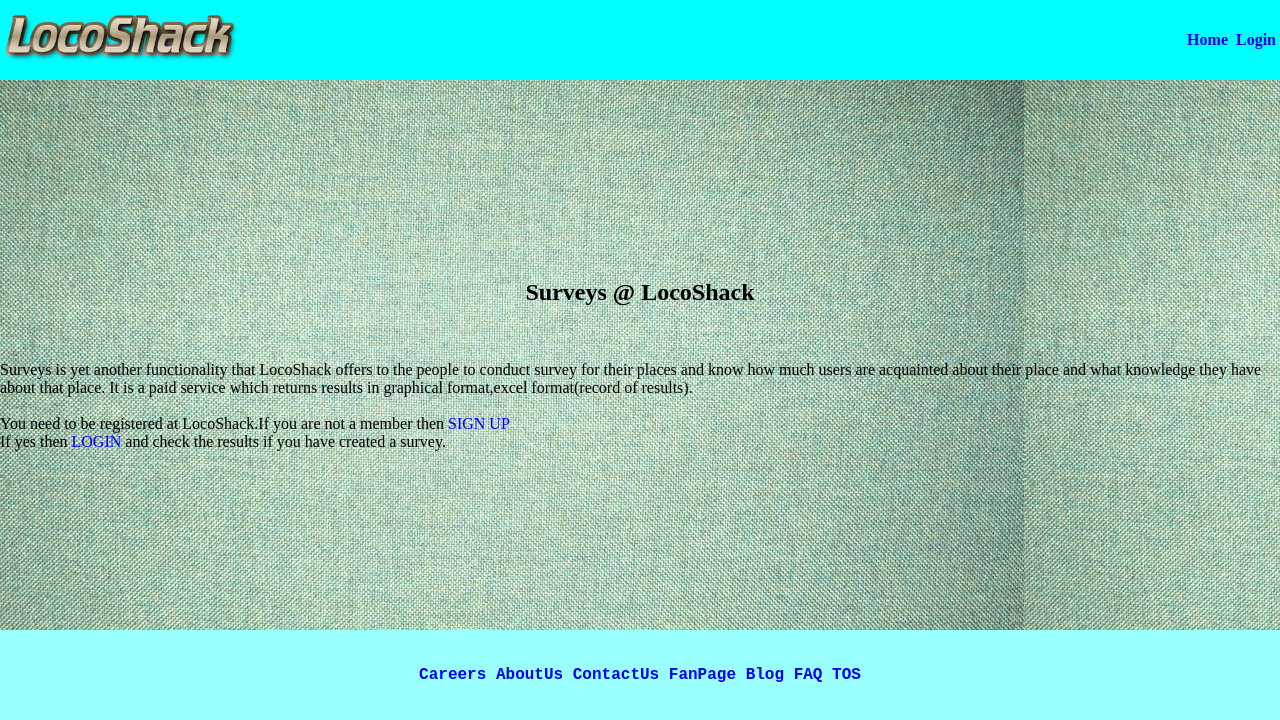
Repository: nicks707/LocoShack_TGMC-project
Page: http://localhost/ram/surveys.jsp
The author's editor kept a copy of each file at every save. The page is drawn from the files as they stood at one save, then again after the next save.
The browser window is 1280 px wide. The pictures show the whole page.
The page is served by Tomcat 9. Other server files are loaded and not shown.

Above is the page before, as saved 2012-03-20 02:53:58.

### ram/WebContent/surveys.jsp
<%@ page language="java" contentType="text/html; charset=ISO-8859-1"
    pageEncoding="ISO-8859-1"%>
<!DOCTYPE html PUBLIC "-//W3C//DTD HTML 4.01 Transitional//EN" "http://www.w3.org/TR/html4/loose.dtd">
<html>
<head>
<meta http-equiv="Content-Type" content="text/html; charset=ISO-8859-1">
<title>LocoSchack-Surveys!</title>
<style>
html, body,table
{
  height: 100%;
}
</style>
</head>
<body>
<table width="100%" cellpadding="0px" cellspacing="0px">
<tr height="80px"><td><jsp:include page="header.jsp" ></jsp:include></td></tr>

<tr height="100%" style=" background-image:url(images/Green-cloth-texture.jpg)"><td>
<b><center><h2>Surveys @ LocoShack</h2></center></b><br/><br/>
Surveys is  yet another functionality that LocoShack offers to the people to conduct survey for their places and know how much users are acquainted about their place and what knowledge they have about that place.
It is a paid service which returns results in graphical format,excel format(record of results).<br/><br/>
You need to be registered at LocoShack.If you are not a member then <a href="signup.jsp">SIGN UP</a><br/>
If yes then <a href="login.jsp">LOGIN</a> and check the results if you have created a survey.




</td></tr>
<tr height="50px"><td><jsp:include page="footer.jsp"></jsp:include></td></tr>
</table>

</body>
</html>

### ram/WebContent/header.jsp
<%@ page language="java" contentType="text/html; charset=ISO-8859-1"
    pageEncoding="ISO-8859-1"%>
<!DOCTYPE html PUBLIC "-//W3C//DTD HTML 4.01 Transitional//EN" "http://www.w3.org/TR/html4/loose.dtd">
<html>
<head>
<meta http-equiv="Content-Type" content="text/html; charset=ISO-8859-1">
<title>Insert title here</title>
<style>
a{text-decoration: none;}
</style>
</head>
<body style="margin-top:0px;margin-left:0px;margin-right:0px">



<table bgcolor="#00FFFF" width="100%" cellpadding="0" cellspacing="0">
<tr height="80px"><td>&nbsp;<a href="main.jsp"><img src="images/logo.png" border="0px" height="50px"></img></a></td><td>&nbsp;</td><td align="right"><b><a href="main.jsp">Home</a> <a href="login.jsp">&nbsp;Login&nbsp;</a><b></b></td></tr>
</table>


</body>

</body>
</html>

### ram/WebContent/footer.jsp
<%@ page language="java" contentType="text/html; charset=ISO-8859-1"
    pageEncoding="ISO-8859-1"%>
<!DOCTYPE html PUBLIC "-//W3C//DTD HTML 4.01 Transitional//EN" "http://www.w3.org/TR/html4/loose.dtd">
<html>
<head>
<meta http-equiv="Content-Type" content="text/html; charset=ISO-8859-1">
<title>Insert title here</title>
</head>
<style>
a{text-decoration:none;}
</style>
<body style="margin-top:0px;margin-left:0px;margin-right:0px;">
<table width=100% border="0px" cellpadding="0px" cellspacing="0px">
<tr    bgcolor="#99FFFF" style="height:90px;">
<td  colspan="3" width="100%"  align="center"> <font color="#330099" face="Courier New, Courier, monospace"><b><a href="careers.jsp">Careers</a> <a href="abtus.jsp">AboutUs</a> <a href="contact.jsp">ContactUs</a> <a href="http://www.facebook.com">FanPage</a> <a href="blog.jsp">Blog</a> <a href="faq.jsp">FAQ</a> <a href="tos.jsp">TOS</a></b></font></td>
</tr>


</table>

</body>
</html>

After the next save:
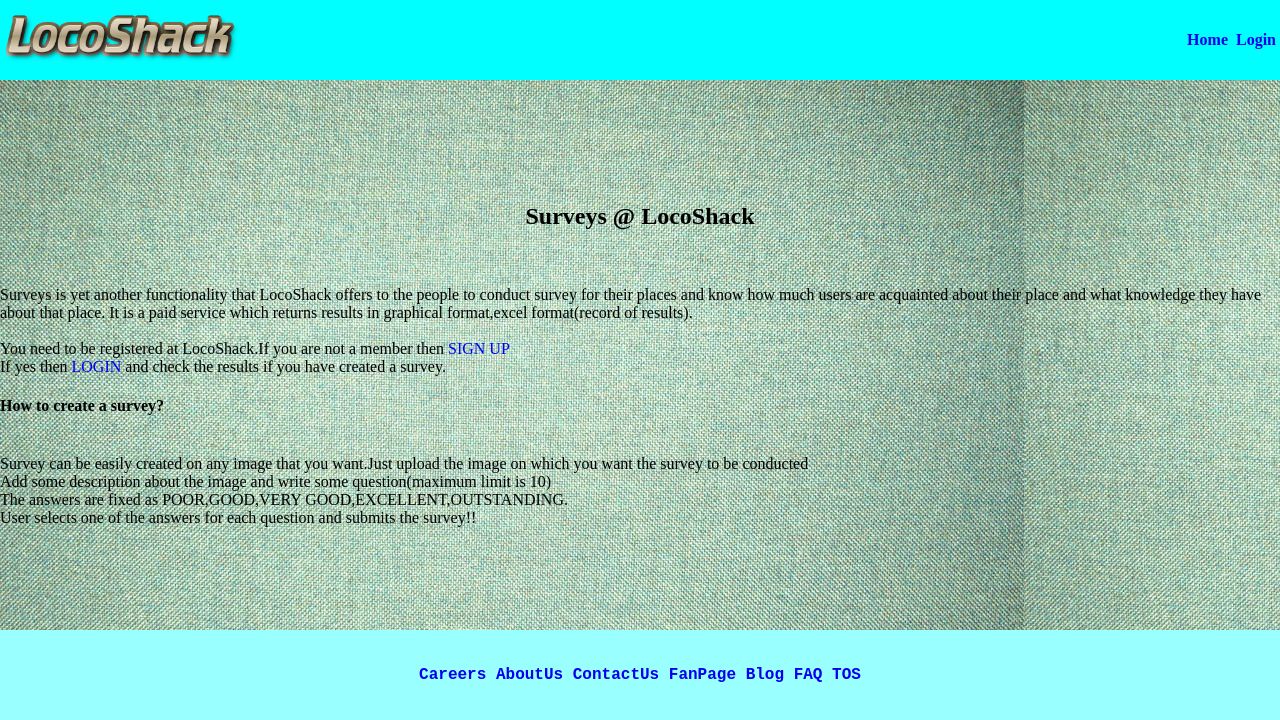
Saved 48 min 3 s later.
--- a/ram/WebContent/surveys.jsp
+++ b/ram/WebContent/surveys.jsp
@@ -23,6 +23,14 @@
 You need to be registered at LocoShack.If you are not a member then <a href="signup.jsp">SIGN UP</a><br/>
 If yes then <a href="login.jsp">LOGIN</a> and check the results if you have created a survey.
 
+<br/>
+<h4><b>How to create a survey?</b></h4><br/>
+Survey can be easily created on any image that you want.Just upload the image on which you want the survey to be conducted<br/>
+Add some description about the image and write some question(maximum limit is 10)<br/>
+The answers are fixed as POOR,GOOD,VERY GOOD,EXCELLENT,OUTSTANDING.
+<br/>
+User selects one of the answers for each question and submits the survey!!
+
 
 
 
